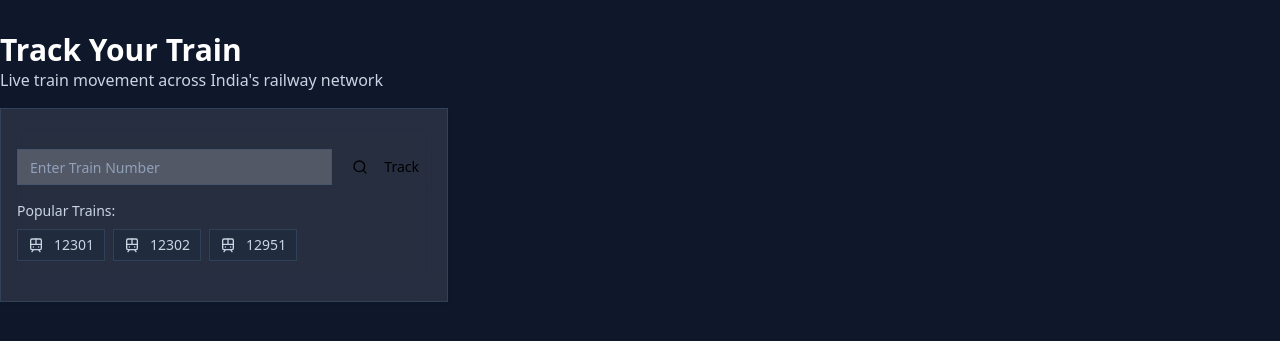
Repository: dhwanijain-dev/IRCTC
Page: /trackingtrain
These files come from the project's save history. The page is drawn as it stood at one moment and after a run of saves; the edit follows.
The browser window is 1280 px wide. The pictures show the whole page.
The project was rebuilt for these pictures with package versions that can differ from the ones it lists, and the page was loaded fresh each time. The framework's server and built-in components were replaced by stand-ins that run in the browser. Also part of the build but not shown: next.config.js, src/components/ui/badge.tsx, src/components/train-status-panel.tsx.

Above is the page before, as saved 2025-03-23 22:33:23.

After the next 4 saves:
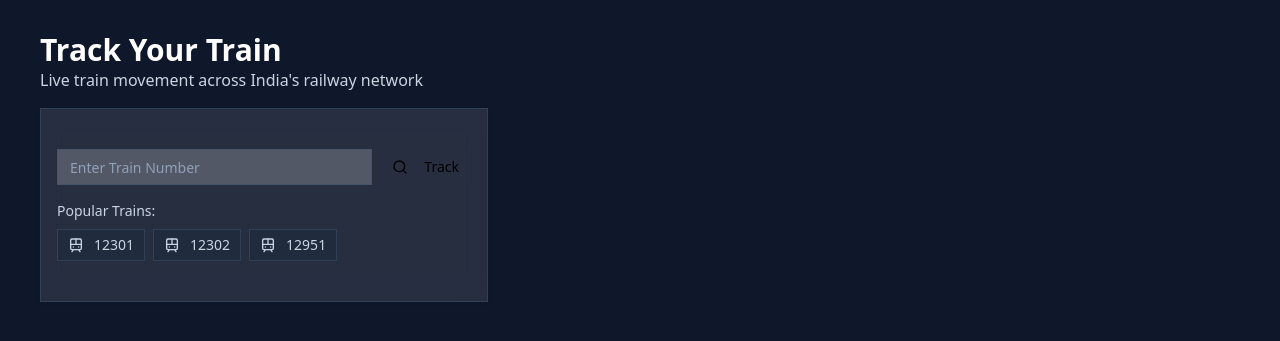
The 4 saves are shown as one change because they came seconds apart.
The last was saved 15 s later.
--- a/src/app/trackingtrain/page.tsx
+++ b/src/app/trackingtrain/page.tsx
@@ -292,12 +292,12 @@ export default function TrackYourTrainPage() {
     }
 
     return (
-        <div className="relative w-full px-10 h-screen bg-slate-900">
+        <div className="relative w-full  h-screen bg-slate-900">
             {/* 3D Map */}
             <TrainMap selectedTrain={selectedTrain} />
 
             {/* UI Overlay */}
-            <div className="absolute top-0 left-0 w-full h-full pointer-events-none">
+            <div className="absolute top-0 left-0 w-full h-full pointer-events-none px-10">
                 <div className="container mx-auto h-full flex flex-col">
                     {/* Header */}
                     <div className="pt-8 pb-4 pointer-events-auto">
